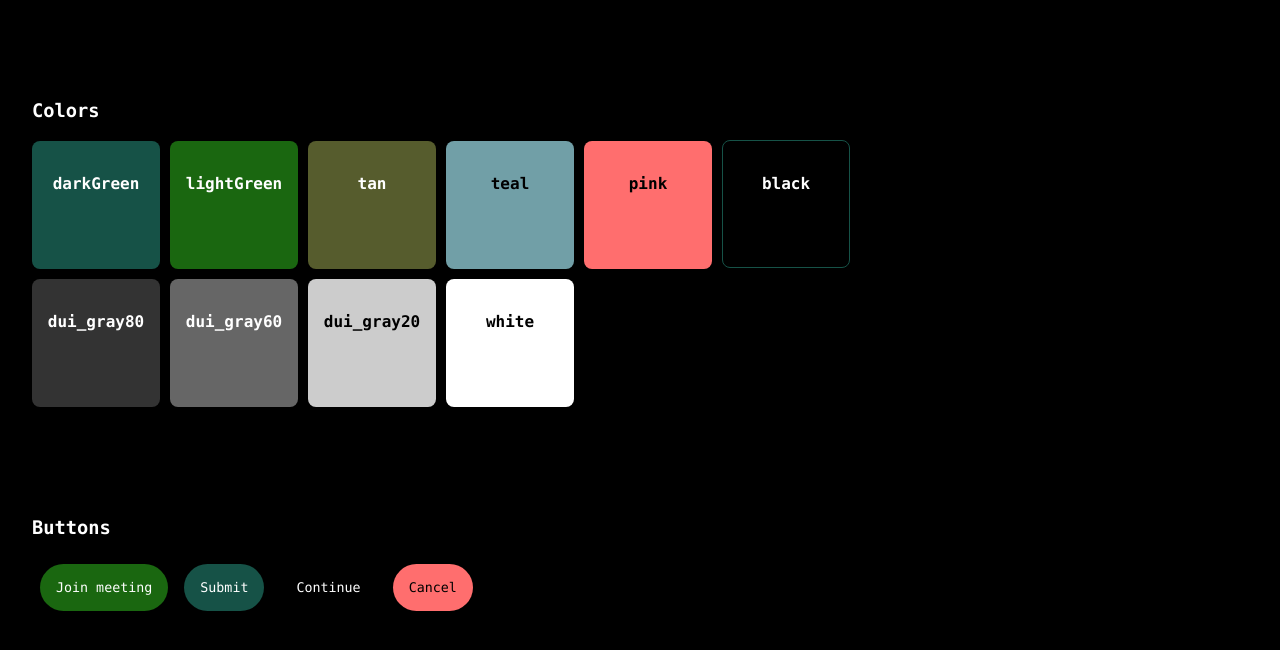
Repository: kttalley/designing-with-data_react-class
Page: / (app in lesson6_design-system-component-extension/)
The author's editor kept a copy of each file at every save. The page is drawn from the files as they stood at one save, then again after a run of saves.
The browser window is 1280 px wide. The pictures show the whole page.
The project was rebuilt for these pictures with package versions that can differ from the ones it lists, and the page was loaded fresh each time. Imported but missing from the stored project, and not drawn on this page: lesson6_design-system-component-extension/src/Rhubarb/Input.

Above is the page before, as saved 2023-08-30 15:11:04.

### lesson6_design-system-component-extension/src/App.js
import React, { Component } from 'react';
import { DocsSection, DocsColorBox, DocsModalContainer, DocsCodeBlock } from './Docs';
import {
  GlobalStyle,
  Btn
} from './Rhubarb';

class App extends Component {
  render() {
    return (
      <div>
        <GlobalStyle />
        <DocsSection>
          <h3>Colors</h3>
          <DocsColorBox color="darkGreen">darkGreen</DocsColorBox>
          <DocsColorBox color="lightGreen">lightGreen</DocsColorBox>
          <DocsColorBox color="tan">tan</DocsColorBox>
          <DocsColorBox color="teal">teal</DocsColorBox>
          <DocsColorBox color="pink">pink</DocsColorBox>
          <DocsColorBox color="black">black</DocsColorBox>
          <DocsColorBox color="dui_gray80">dui_gray80</DocsColorBox>
          <DocsColorBox color="dui_gray60">dui_gray60</DocsColorBox>
          <DocsColorBox color="dui_gray20">dui_gray20</DocsColorBox>
          <DocsColorBox color="white">white</DocsColorBox>
        </DocsSection>

        <DocsSection>
          <h3>Buttons</h3>
          <Btn color="lightGreen">Join meeting</Btn>
          <Btn color="darkGreen">Submit</Btn>
          <Btn color="black">Continue</Btn>
          <Btn color="pink">Cancel</Btn>

        </DocsSection>
      </div>
    );
  }
}

export default App;

### lesson6_design-system-component-extension/src/Docs/index.js
import styled from 'styled-components';
import {color, space, isDarkBackground, fontSize} from '../Rhubarb';

export const DocsColorBox = styled.div`
background-color: ${ props => color[props.color] ? color[props.color] : color.black };
  color: ${props => isDarkBackground(props.color) ? color.black : color.white};
  height: ${space[6] + 'px'};
  width: ${space[6] + 'px'};
  padding-top: 33px;
  text-align: center;
  font-weight: bold;
  display: inline-block;
  margin-right: 10px;
  margin-bottom: 10px;
  border-radius: 8px;
  border: ${props => props.color === "black" ? '1px solid' + color.darkGreen : 'none'}
`;

export const DocsSection = styled.section`
  margin: 100px 32px;
  max-width: 832px;
`;

export const DocsModalContainer = styled.section`
  position: relative;
  height: 300px;
  border-radius: 3px;
  background: ${color.dui_gray80}
`;

export const DocsCodeBlock = styled.code`
  border: 1px solid ${color.dui_gray80};
  color: ${color.dui_gray60}
  border-radius: 8px;
  display: block;
  font-family: consolas, monospace;
  line-height: 1.3;
  padding: ${space[1] + 'px'};
  white-space: pre-line;
  font-size: ${fontSize[1]};
  margin-top: ${space[3] + 'px'};
  transition: 0.15s color ease;

  &::selection {
    color: ${color.black};
    background-color: ${color.pink};
  }

  &:hover {
    color: ${color.white};
  }


`;

### lesson6_design-system-component-extension/src/Rhubarb/index.js
//this file indexes all Rhubarb components for export

import { createGlobalStyle } from "styled-components";

export const GlobalStyle = createGlobalStyle`
  * {
    box-sizing: border-box;
  }

  body {
    margin: 0;
    padding: 0;
    font-family: menlo, sans-serif;
    background-color: black;
    color: white;
  }
`;


export * from './Button';
export * from './Input';
export * from './Utils';

### lesson6_design-system-component-extension/src/Rhubarb/Button.js
import { color, space, isDarkBackground} from './Utils';
import styled from 'styled-components';
export const Btn = styled.button`
  background-color: ${ props => color[props.color] ? color[props.color] : color.black };
  color: ${props => isDarkBackground(props.color) ? color.black : color.white};
  border-radius: ${space[6] + 'px'};
  padding: ${space[3] + 'px'};
  margin: ${space[2] + 'px'};
  font-family: menlo;
  font-weight:
  font-size: ${space[3] + 'px'};
  border: none;

  &:hover {
    filter: brightness(1.2);
  }

`;

### lesson6_design-system-component-extension/src/Rhubarb/Utils.js
export const color = {

  //core colors
  darkGreen: '#165247',
  tan: '#565C2D',
  lightGreen: '#1A6710',
  teal: '#719FA7',
  pink: '#FF6E6E',

  //grayscale - needs lui
  black: '#000000',
  dui_gray80: '#FFFFFF33',
  dui_gray60: '#FFFFFF66',
  dui_gray40: '##FFFFFF44',
  dui_gray20: '#FFFFFFCC',
  white: '#FFFFFF',
  // solid grays, no opacity,
  //for sake of utility function below
  gray1: '#606060',
  gray2: '#313131',
  gray3: '#181818'

}

export const space = [
  0,
  2,
  8,
  16,
  32,
  64,
  128,
  256,
  512
];

export const fontSize = [
  '14px',
  '16px',
  '20px',
  '24px',
  '32px',
  '64px'
];


export const isDarkBackground = function(color) {
  if (color) {
    if (color.includes('dui_gray20') || color.includes('teal') || color.includes('pink') || color.includes('white')) {
      return true;
    } else {
      return false;
    }
  }
}

Loaded but not shown: lesson6_design-system-component-extension/public/index.html (common file); lesson6_design-system-component-extension/src/index.js (common file); lesson6_design-system-component-extension/src/index.css (common file); lesson6_design-system-component-extension/src/reportWebVitals.js (common file)

After the next 2 saves:
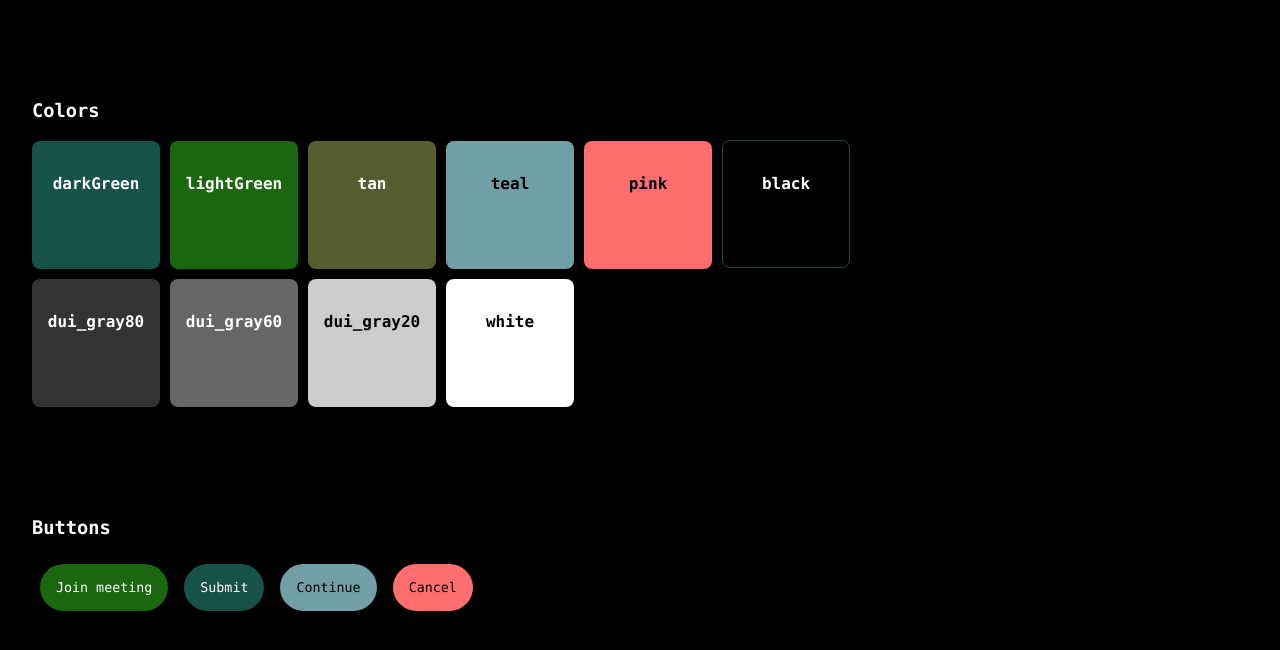
The 2 saves are shown as one change because they came seconds apart.
The last was saved 11 s later.
--- a/lesson6_design-system-component-extension/src/App.js
+++ b/lesson6_design-system-component-extension/src/App.js
@@ -28,7 +28,7 @@ class App extends Component {
           <h3>Buttons</h3>
           <Btn color="lightGreen">Join meeting</Btn>
           <Btn color="darkGreen">Submit</Btn>
-          <Btn color="black">Continue</Btn>
+          <Btn color="teal">Continue</Btn>
           <Btn color="pink">Cancel</Btn>
 
         </DocsSection>
